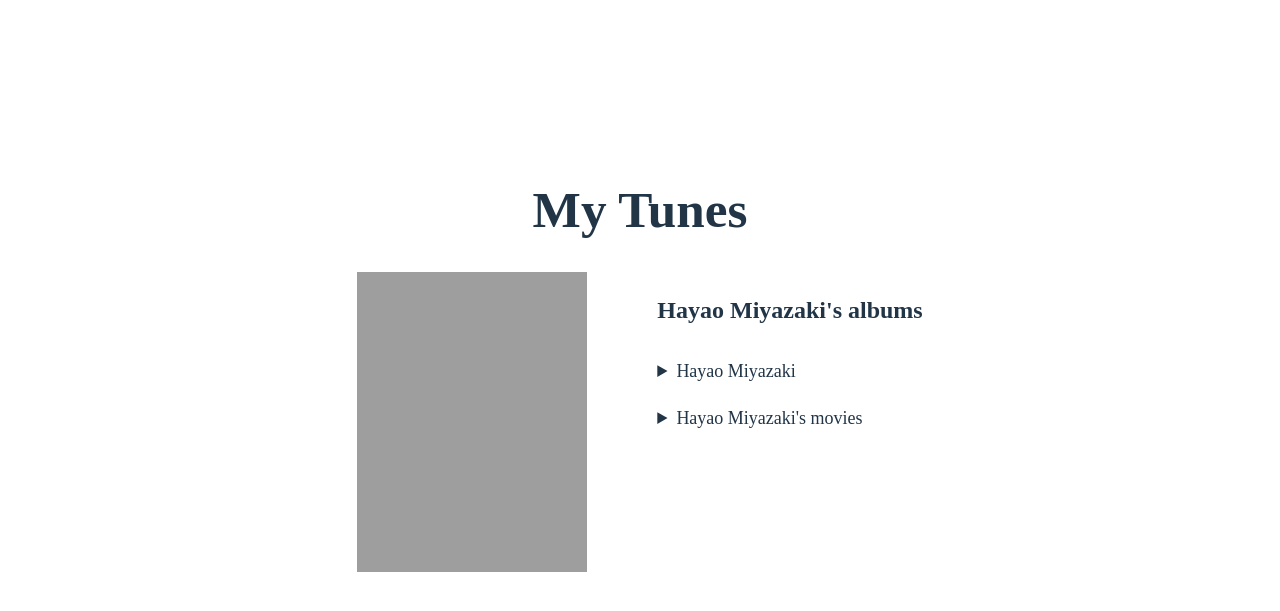
Repository: SamanthaYan298/my_app
Page: /
The author's editor kept a copy of each file at every save. The page is drawn from the files as they stood at one save, then again after the next save.
The browser window is 1280 px wide. The pictures show the whole page.
Pictures or frames that could not be fetched are drawn as grey boxes. The project was rebuilt for these pictures with package versions that can differ from the ones it lists, and the page was loaded fresh each time. Also part of the build but not shown: vite.config.js.

Above is the page before, as saved 2024-09-14 14:56:30.

### src/App.jsx
import './App.css';

function App() {

  return (
    <>
      <div className='title'>
        <h1>My Tunes</h1>
        <div className="all">
        <div className='photo'>
          <img src="https://www.hollywoodreporter.com/wp-content/uploads/2013/09/hayao_miyazaki_-_h_-_2013.jpg?w=1024" alt="Hayao Miyazaki" height={300} width={230}/>
        </div>
        <div>
          <h2>Hayao Miyazaki's albums</h2>
          <details className='categories'>
            <summary>Hayao Miyazaki</summary>
            <ol>
              <li>Japanese animator</li>
              <li>Filmmaker</li>
              <li>Manga artist</li>
              <li>A founder of Studio Ghibli</li>
              <li>Oscar awards: 89 wins & 62 nominations</li>
            </ol>
          </details>
          <details className='categories'>
            <summary className='open'>Hayao Miyazaki's movies</summary>
            <ol>
              <li>Castle in the Sky</li>
              <li>Kiki's Delivery Service</li>
              <li>Howl's Moving Castle</li>
              <li>Princess Mononoke</li>
              <li>Spirited Away</li>
            </ol>
          </details>
        </div>
      </div>
      </div>
    </>
  )
}

export default App

### src/App.css
#root {
  margin: 0 auto;
  padding: 2rem;
  text-align: left;
  font-family: "PT Serif", serif;
  font-weight: 400;
  font-style: normal;;
}

.photo,
.all {
  display: flex;
  flex-direction: row;
  justify-content: space-between;
  gap: 70px;
  text-align: left;
}

.title {
  text-align: center;
}

.categories {
  /* border-bottom: 2px solid rgb(235, 235, 235); */
  padding: 10px 0;
  font-size: 18px;
}

.categories[open] summary{
  padding: 10px;
  background-color: rgb(235, 235, 235);
  border-bottom: none;
}

Loaded but not shown: index.html (common file); src/main.jsx (common file); src/index.css (common file)

After the next save:
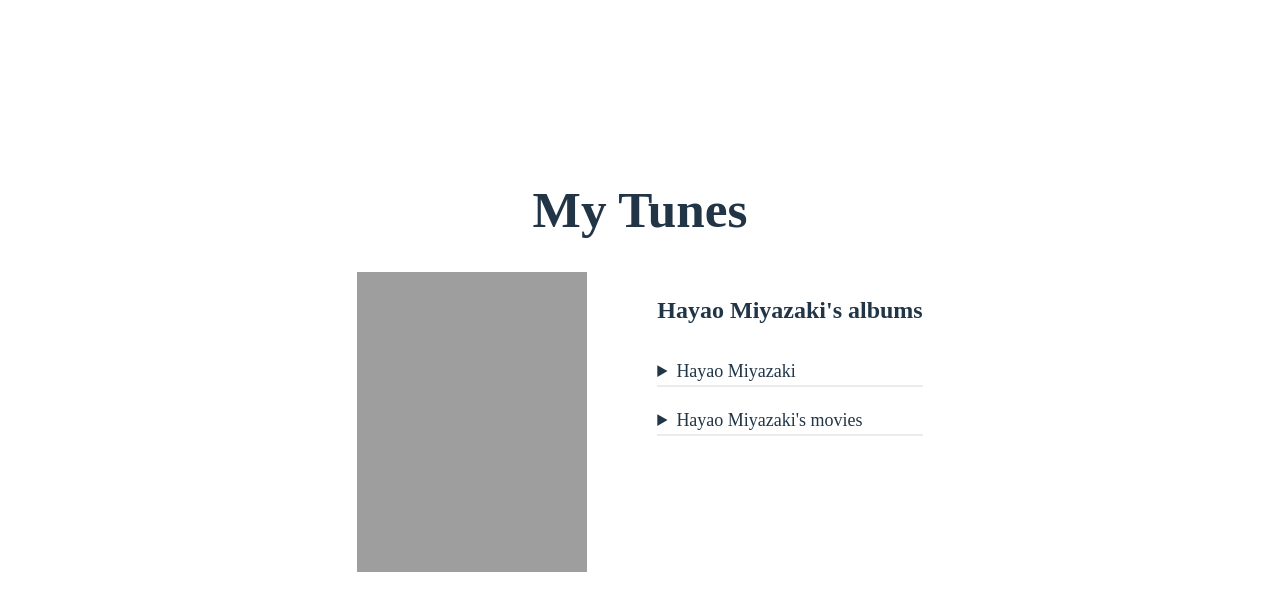
Saved 42 s later.
--- a/src/App.css
+++ b/src/App.css
@@ -26,8 +26,11 @@
   font-size: 18px;
 }
 
+.categories summary {
+  border-bottom: 2px solid rgb(235, 235, 235);
+}
+
 .categories[open] summary{
   padding: 10px;
   background-color: rgb(235, 235, 235);
-  border-bottom: none;
 }
